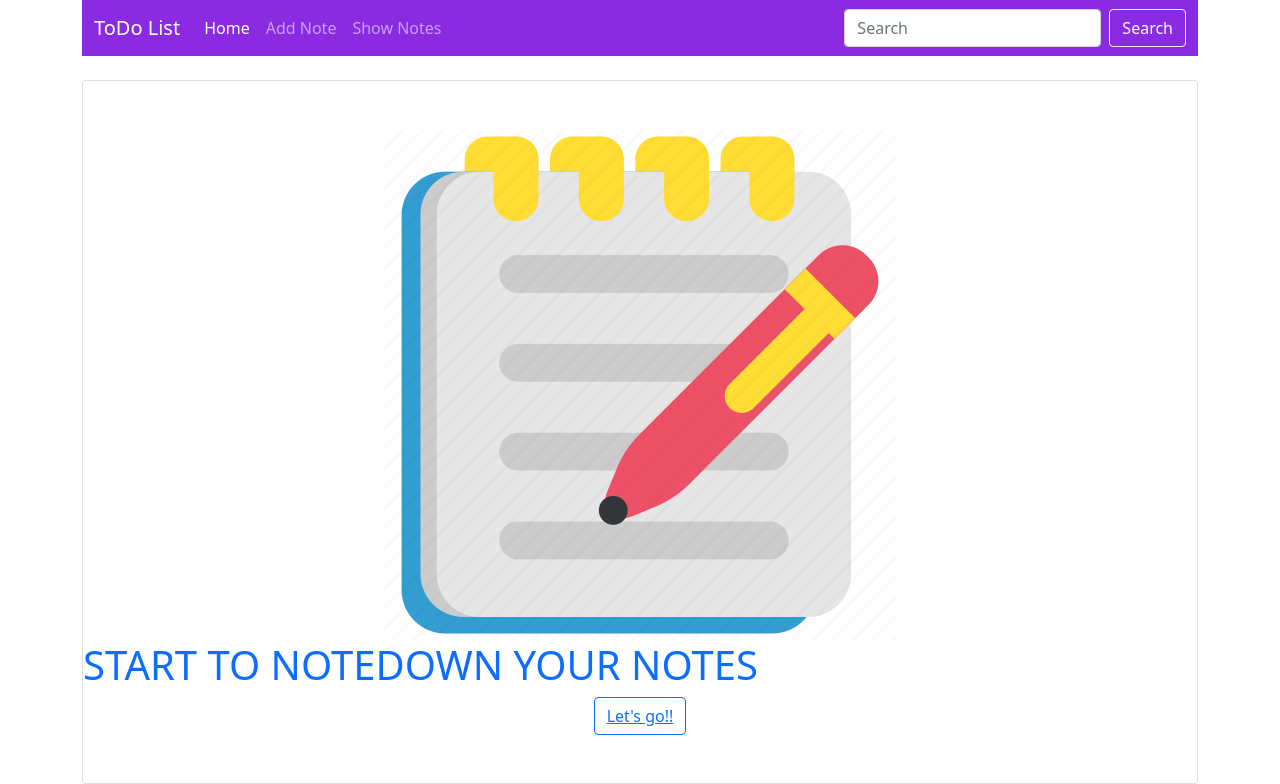
Repository: VishalSalvi17/Hibernate
Page: http://localhost/ToDoList/
The author's editor kept a copy of each file at every save. The page is drawn from the files as they stood at one save, then again after the next save.
The browser window is 1280 px wide. The pictures show the whole page.
Some web libraries are served in a nearby version. The page is served by Tomcat 9. Other server files are loaded and not shown.

Above is the page before, as saved 2023-03-17 07:13:04.

### ToDoList/src/main/webapp/index.jsp
<!doctype html>
<html lang="en">
<head>
<!-- Required meta tags -->
<meta charset="utf-8">
<meta name="viewport" content="width=device-width, initial-scale=1">

<title>TODO List : Home Page</title>
<%@include file="all_js_css.jsp"%>
<link rel="stylesheet"
	href="https://cdnjs.cloudflare.com/ajax/libs/font-awesome/6.3.0/css/all.min.css"
	integrity="sha512-SzlrxWUlpfuzQ+pcUCosxcglQRNAq/DZjVsC0lE40xsADsfeQoEypE+enwcOiGjk/bSuGGKHEyjSoQ1zVisanQ=="
	crossorigin="anonymous" referrerpolicy="no-referrer" />
</head>
<body>
	<div class="container">
		<%@include file="navbar.jsp"%>
		<br>
		<div class="card py-5">
		<img alt="" class = "img-fluid mx-auto" style="width=4px;" src="img/notebook.webp" >
		<!-- <i class="fa-solid fa-envelope"></i>-->
		<h1 class = "text-primary text-uppercase">Start to notedown your notes</h1>
		<div class="container text-center">
			<button class="btn btn-outline-primary text-center"><a href = "addnote.jsp">Let's go!!</a></button>
		</div>

		</div>
	</div>
</body>
</html>

### ToDoList/src/main/webapp/all_js_css.jsp
<!-- Bootstrap CSS -->
<link
	href="https://cdn.jsdelivr.net/npm/bootstrap@5.0.2/dist/css/bootstrap.min.css"
	rel="stylesheet"
	integrity="sha384-EVSTQN3/azprG1Anm3QDgpJLIm9Nao0Yz1ztcQTwFspd3yD65VohhpuuCOmLASjC"
	crossorigin="anonymous">

<!-- style path-->
<link href="css/style.css" rel="stylesheet">

<!-- Option 1: Bootstrap Bundle with Popper -->
<script
	src="https://cdn.jsdelivr.net/npm/bootstrap@5.0.2/dist/js/bootstrap.bundle.min.js"
	integrity="sha384-MrcW6ZMFYlzcLA8Nl+NtUVF0sA7MsXsP1UyJoMp4YLEuNSfAP+JcXn/tWtIaxVXM"
	crossorigin="anonymous"></script>

<!-- Option 2: Separate Popper and Bootstrap JS -->
<script
	src="https://cdn.jsdelivr.net/npm/@popperjs/core@2.9.2/dist/umd/popper.min.js"
	integrity="sha384-IQsoLXl5PILFhosVNubq5LC7Qb9DXgDA9i+tQ8Zj3iwWAwPtgFTxbJ8NT4GN1R8p"
	crossorigin="anonymous"></script>
<script
	src="https://cdn.jsdelivr.net/npm/bootstrap@5.0.2/dist/js/bootstrap.min.js"
	integrity="sha384-cVKIPhGWiC2Al4u+LWgxfKTRIcfu0JTxR+EQDz/bgldoEyl4H0zUF0QKbrJ0EcQF"
	crossorigin="anonymous"></script>

### ToDoList/src/main/webapp/navbar.jsp
<nav class="navbar navbar-expand-lg navbar-dark blue">
  <div class="container-fluid">
    <a class="navbar-brand" href="index.jsp">ToDo List</a>
    <button class="navbar-toggler" type="button" data-bs-toggle="collapse" data-bs-target="#navbarSupportedContent" aria-controls="navbarSupportedContent" aria-expanded="false" aria-label="Toggle navigation">
      <span class="navbar-toggler-icon"></span>
    </button>
    <div class="collapse navbar-collapse" id="navbarSupportedContent">
      <ul class="navbar-nav me-auto mb-2 mb-lg-0">
        <li class="nav-item">
          <a class="nav-link active" aria-current="page" href="index.jsp">Home</a>
        </li>
        <li class="nav-item">
          <a class="nav-link" href="addnote.jsp">Add Note</a>
        </li>
        <li class="nav-item">
          <a class="nav-link" href="all_notes.jsp" tabindex="-1">Show Notes</a>
        </li>
      </ul>
      <form class="d-flex">
        <input class="form-control me-2" type="search" placeholder="Search" aria-label="Search">
        <button class="btn btn-outline-light" type="submit">Search</button>
      </form>
    </div>
  </div>
</nav>

### ToDoList/src/main/webapp/css/style.css
.blue{
	background:#8A2BE2;
}

After the next save:
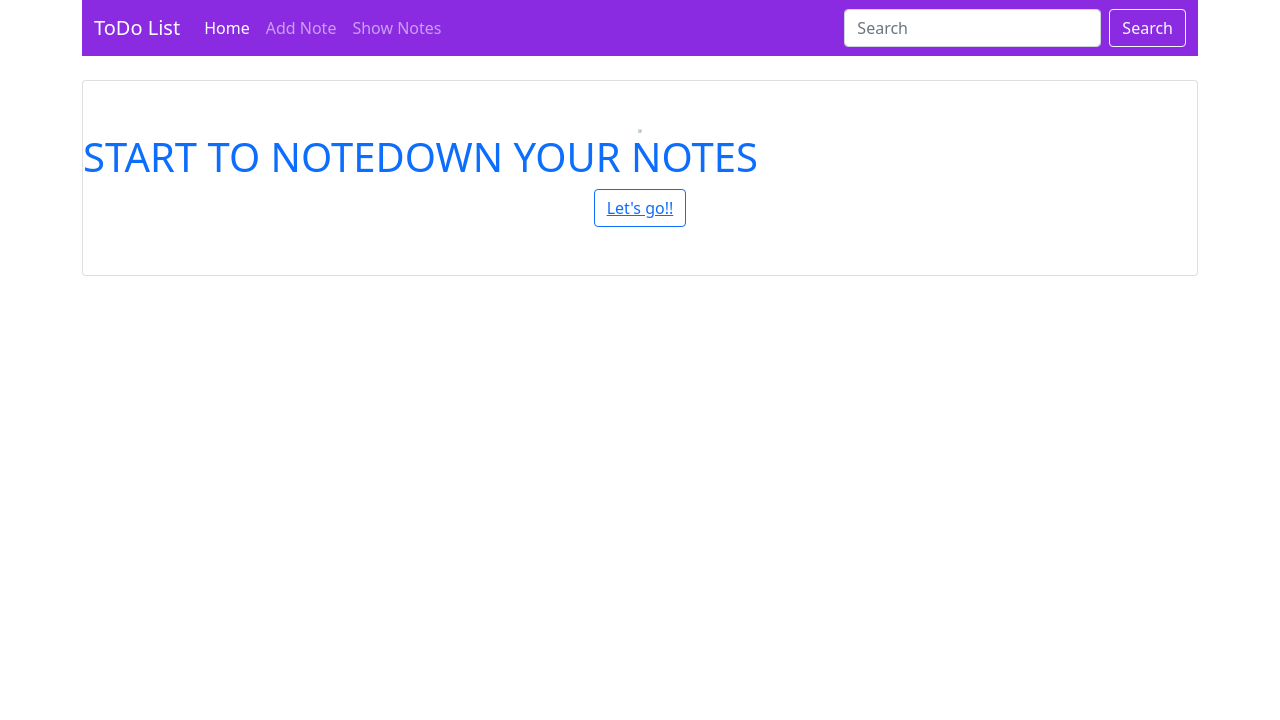
Saved 106 s later.
--- a/ToDoList/src/main/webapp/index.jsp
+++ b/ToDoList/src/main/webapp/index.jsp
@@ -17,7 +17,7 @@
 		<%@include file="navbar.jsp"%>
 		<br>
 		<div class="card py-5">
-		<img alt="" class = "img-fluid mx-auto" style="width=4px;" src="img/notebook.webp" >
+		<img alt="" class = "img-fluid mx-auto" width=4px src="img/notebook.webp" >
 		<!-- <i class="fa-solid fa-envelope"></i>-->
 		<h1 class = "text-primary text-uppercase">Start to notedown your notes</h1>
 		<div class="container text-center">
